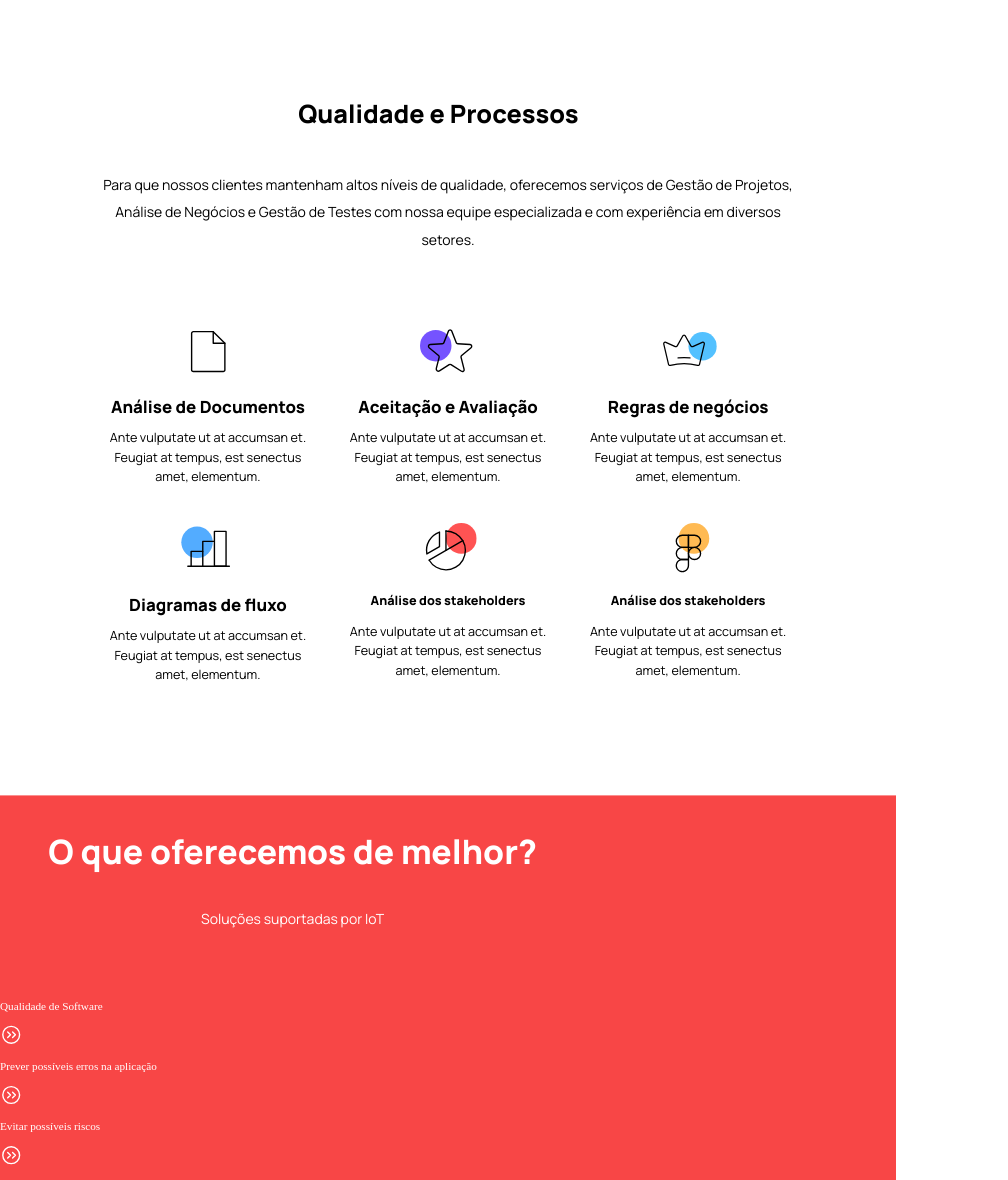
Repository: kleber-goncalves/Landing-Page-Gestao-de-projetos-dnc
Page: index.html
The author's editor kept a copy of each file at every save. The page is drawn from the files as they stood at one save, then again after the next save.
The browser window is 1280 px wide. The page is 1440 px wide, so the pictures cover 1440 px, including what lies to the right of the window. The pictures show the part of the page from y = 766 to 2486 px (the page is 2452 px tall before and 2486 px after), at 70% of full size.

Above is the page before, as saved 2025-01-05 01:44:22.

### index.html
<!DOCTYPE html>
<html lang="pt-br">
<head>
    <meta charset="UTF-8">
    <meta name="viewport" content="width=device-width, initial-scale=1.0">
    <link rel="stylesheet" href="style.css">
    <link rel="preconnect" href="https://fonts.googleapis.com">
    <link rel="preconnect" href="https://fonts.gstatic.com" crossorigin>
    <link href="https://fonts.googleapis.com/css2?family=Manrope:wght@200..800&display=swap" rel="stylesheet">
    <title>Document</title>
</head>
<body>
    <main>
        <section id="topo" >
            <div id="elemnt-topo">
                <h1>Transformando em produtos digitais</h1>
                <p>Para que nossos clientes mantenham altos níveis de qualidade, oferecemos serviços de gestão de projetos e análise de negócios com nossa equipe especializada em diversos setores.</p>
            </div>
        </section>
        <section id="meio">
            <div id="txts-meio" >

                <h2>Qualidade e Processos</h2>
                <p>
                    Para que nossos clientes mantenham altos níveis de qualidade, oferecemos serviços de Gestão de Projetos, Análise de Negócios e Gestão de Testes com nossa equipe especializada e com experiência em diversos setores.
                </p>

            </div>
            <div id="icons-pai-meio" >
                <div class="card-icons" id="icons-documento">
                    <img class="img-icons" src="/img/icons-meio.img/document.svg" alt="document.svg">
                    <p class="txt-icons">Análise de Documentos</p>
                    <p class="sub-icons">Ante vulputate ut at accumsan et. Feugiat at tempus, est senectus amet, elementum.</p>
                </div>
                <div class="card-icons" id="icons-estrela">
                    <img class="img-icons" src="/img/icons-meio.img/estrela.svg" alt="estrela.svg">
                    <p class="txt-icons">Aceitação e Avaliação</p>
                    <p class="sub-icons">Ante vulputate ut at accumsan et. Feugiat at tempus, est senectus amet, elementum.</p>
                </div>
                <div class="card-icons" id="icons-coroa">
                    <img class="img-icons" src="/img/icons-meio.img/coroa.svg" alt="coroa.svg">
                    <p class="txt-icons">Regras de negócios</p>
                    <p class="sub-icons">Ante vulputate ut at accumsan et. Feugiat at tempus, est senectus amet, elementum.</p>
                </div>
                <div class="card-icons" id="icons-fluxos">
                    <img class="img-icons" src="/img/icons-meio.img/fluxo.svg" alt="fluxo.svg">
                    <p class="txt-icons">Diagramas de fluxo</p>
                    <p class="sub-icons">Ante vulputate ut at accumsan et. Feugiat at tempus, est senectus amet, elementum.</p>
                </div>
                <div class="card-icons" id="icons-bola">
                    <img class="img-icons" src="/img/icons-meio.img/bola.svg" alt="bola.svg">
                    <p class="txt-icons" id="p">Análise dos stakeholders</p>
                    <p class="sub-icons">Ante vulputate ut at accumsan et. Feugiat at tempus, est senectus amet, elementum.</p>
                </div>
                <div class="card-icons" id="icons-figma">
                    <img class="img-icons" src="/img/icons-meio.img/figma.svg" alt="figma.svg">
                    <p class="txt-icons" id="p">Análise dos stakeholders</p>
                    <p class="sub-icons">Ante vulputate ut at accumsan et. Feugiat at tempus, est senectus amet, elementum.</p>
                </div>
            </div>
        </section>



        <section id="meio-2">

            <div id="elemt1-meio-2">


                <p id="txt-meio-2">
                    O que oferecemos de melhor?
                </p>
                <p id="sub-meio-2">
                    Soluções suportadas por IoT
                </p>


            </div>

            <div id="elemt2-meio-2">

                <div class="subs-elemt2">
                    <p>Qualidade de Software</p>
                </div>

                <div class="icons-elemt2">
                    <img src="/img/icons-meio.img/setas.svg" alt="setas">
                </div>

                <div class="subs-elemt2">
                    <p>Prever possíveis erros na aplicação</p>
                </div>

                <div class="icons-elemt2">
                    <img src="/img/icons-meio.img/setas.svg" alt="setas">
                </div>
                <div class="subs-elemt2">
                    <p>Evitar  possíveis riscos</p>
                </div>

                <div class="icons-elemt2">
                    <img src="/img/icons-meio.img/setas.svg" alt="setas">
                </div>

                <div class="subs-elemt2">
                    <p></p>
                </div>

            </div>

        </section>



    </main>
</body>
</html>

### style.css
body {
    margin: 0;
    font-size: 16px;
    box-sizing: border-box;
}





#topo {
    width:  1440px;
    height:  754px;
    background-image: url(/img/topo-fundo.svg);
    background-size: cover;
    background-repeat: no-repeat;
    display:flex ;
    flex-direction: column;
    justify-items: flex-start;
}

#topo > #elemnt-topo {
    margin-left: 121px;
    margin-top: 236px;
}

#elemnt-topo > h1 {
    width: 665px;
    height: 164px;
    font-family: "Manrope", serif;
    font-size: 64px;
    font-weight: 800;
    color: black;
}

#elemnt-topo > p {
    font-family: "Manrope", serif;
    width:  650px;
    height: 99px;
    font-family: Manrope;
    font-size: 20px;
    font-weight: 400;
}






#meio{
    display: flex;
    flex-direction: column;
    gap: 91px;
    margin-top: 120px;
    margin-left: 143px;
    margin-bottom: 141px;
    margin-right: 143px;
}



#txts-meio {
    display: flex;
    flex-direction: column;
    align-items: center;
}

#txts-meio > h2 {
    width: 428px;
    height: 56px;
    color: black;
    font-family: "Manrope", serif;
    font-size: 36px;
    font-weight: 800;
    line-height: 49.18px;
}


#txts-meio > p {
    width:  994px;
    height:  109px;
    color: black;
    font-family: "Manrope", serif;
    font-size: 20px;
    font-weight: 400;
    line-height: 39.5px;
    text-align: center;
}




#icons-pai-meio {
    display: grid;
    grid-template-columns: repeat(3, 1fr);
    gap: 35px;
}

.card-icons {
    display: flex;
    flex-direction: column;
    align-items: center;
}

.img-icons {
    width: 81px;
    height: 76px;
}


.txt-icons {
    width:  284px;
    height:  31px;
    font-family: "Manrope", serif;
    font-size: 24px;
    font-weight: 800;
    line-height: 32.78px;
    text-align: center;
    margin-bottom: 10px;
}

.sub-icons {
    width:  298px;
    height:  84px;
    font-family: "Manrope", serif;
    font-size: 18px;
    font-weight: 400;
    line-height: 28px;
    text-align: center;
    margin-top: 5px;
}

#icons-bola > #p, #icons-figma > #p {
    font-size: 18px;
}





#meio-2 {
    color: #FFFFFF;
    background-color: #F84646;
    display: flex;
    flex-direction: column;
    gap: 64px;
}

#txt-meio-2 {
    width: 836px;
    height: 64px;
    font-family: "Manrope", serif;
    font-size: 48px;
    font-weight: 800;
    line-height: 64px;
    text-align: center;
}


#sub-meio-2 {
    width: 836px;
    height: 32px;
    font-family: "Manrope", serif;
    font-size: 20px;
    font-weight: 400;
    line-height: 32px;
    text-align: center;
}

### img/icons-meio.img/setas.svg
<svg width="32" height="32" viewBox="0 0 32 32" fill="none" xmlns="http://www.w3.org/2000/svg">
<path d="M16 28C22.6274 28 28 22.6274 28 16C28 9.37258 22.6274 4 16 4C9.37258 4 4 9.37258 4 16C4 22.6274 9.37258 28 16 28Z" stroke="white" stroke-width="2" stroke-linecap="round" stroke-linejoin="round"/>
<path d="M11 20L15 16L11 12" stroke="white" stroke-width="2" stroke-linecap="round" stroke-linejoin="round"/>
<path d="M18 20L22 16L18 12" stroke="white" stroke-width="2" stroke-linecap="round" stroke-linejoin="round"/>
</svg>

After the next save:
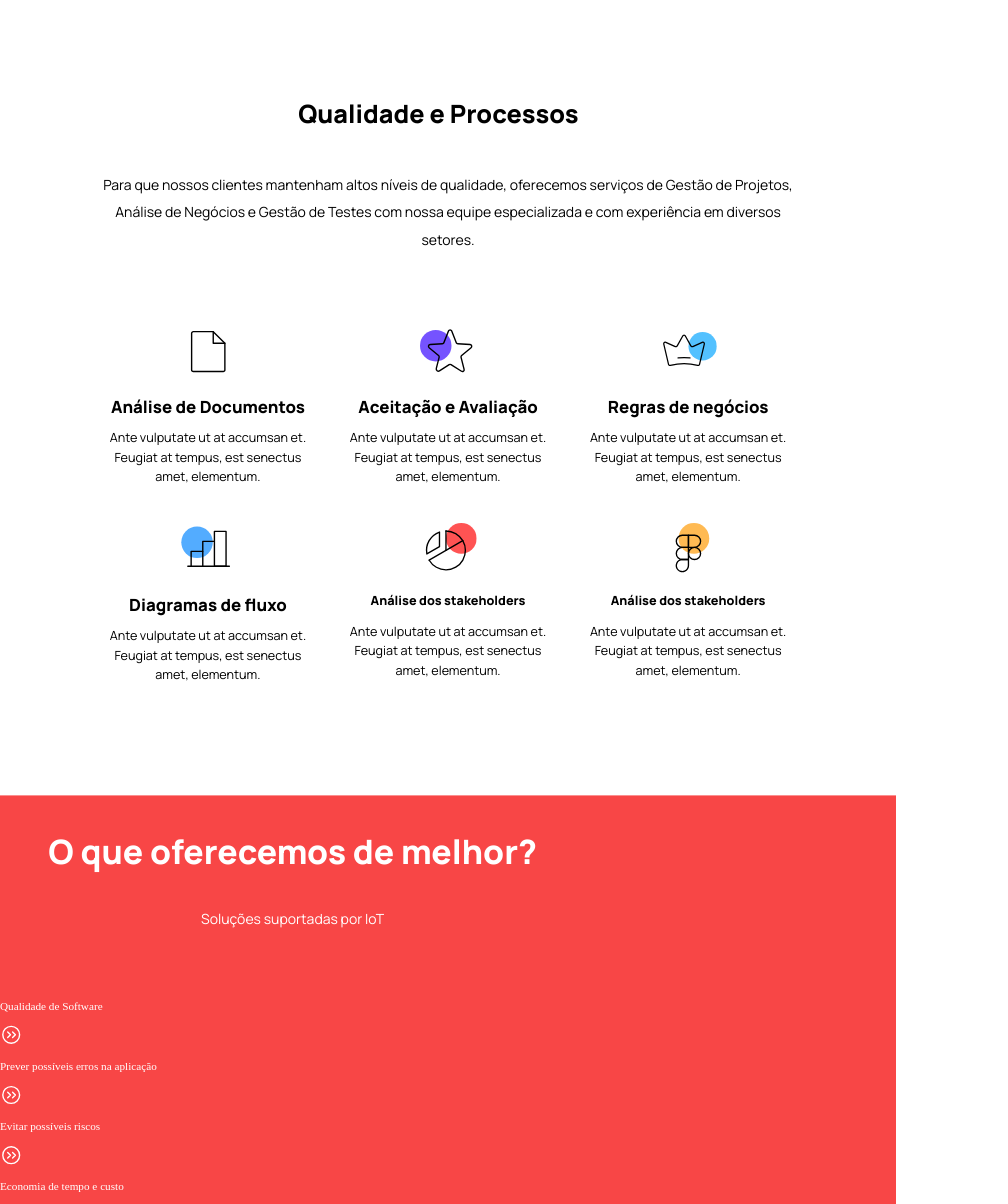
Saved 12 s later.
--- a/index.html
+++ b/index.html
@@ -103,7 +103,7 @@
                 </div>
 
                 <div class="subs-elemt2">
-                    <p></p>
+                    <p>Economia de tempo e custo</p>
                 </div>
 
             </div>
